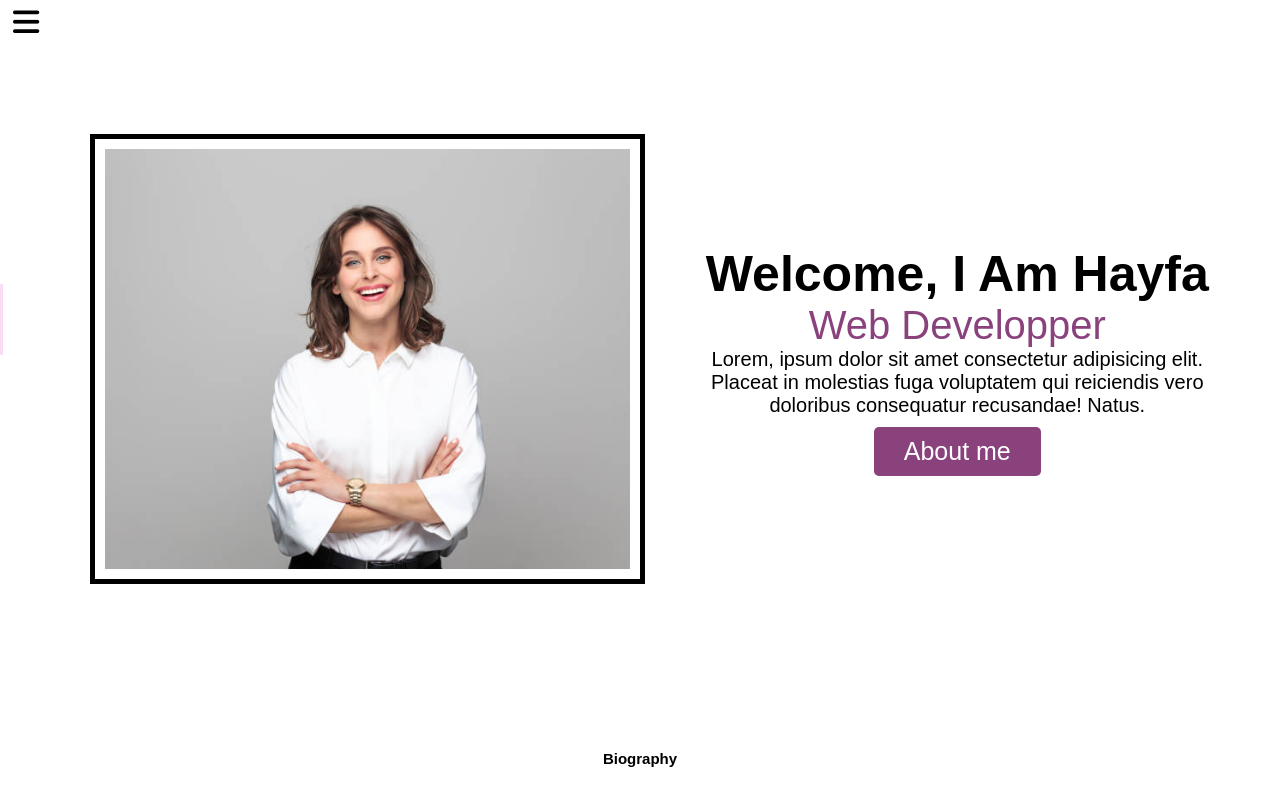
Repository: haifabilel/portfolio_project
Page: http://localhost/
An editor plug-in stored every save of this project. The page is shown before and after a run of saves, followed by the edit.
The browser window is 1280 px wide. The pictures show the whole page.
Some web fonts or font styles are not loaded; a fallback is used. The page is run by PHP 8.4 with error messages shown; the project is at /var/www/html/.

Above is the page before, as saved 2023-09-15 20:42:09.

After the next 3 saves:
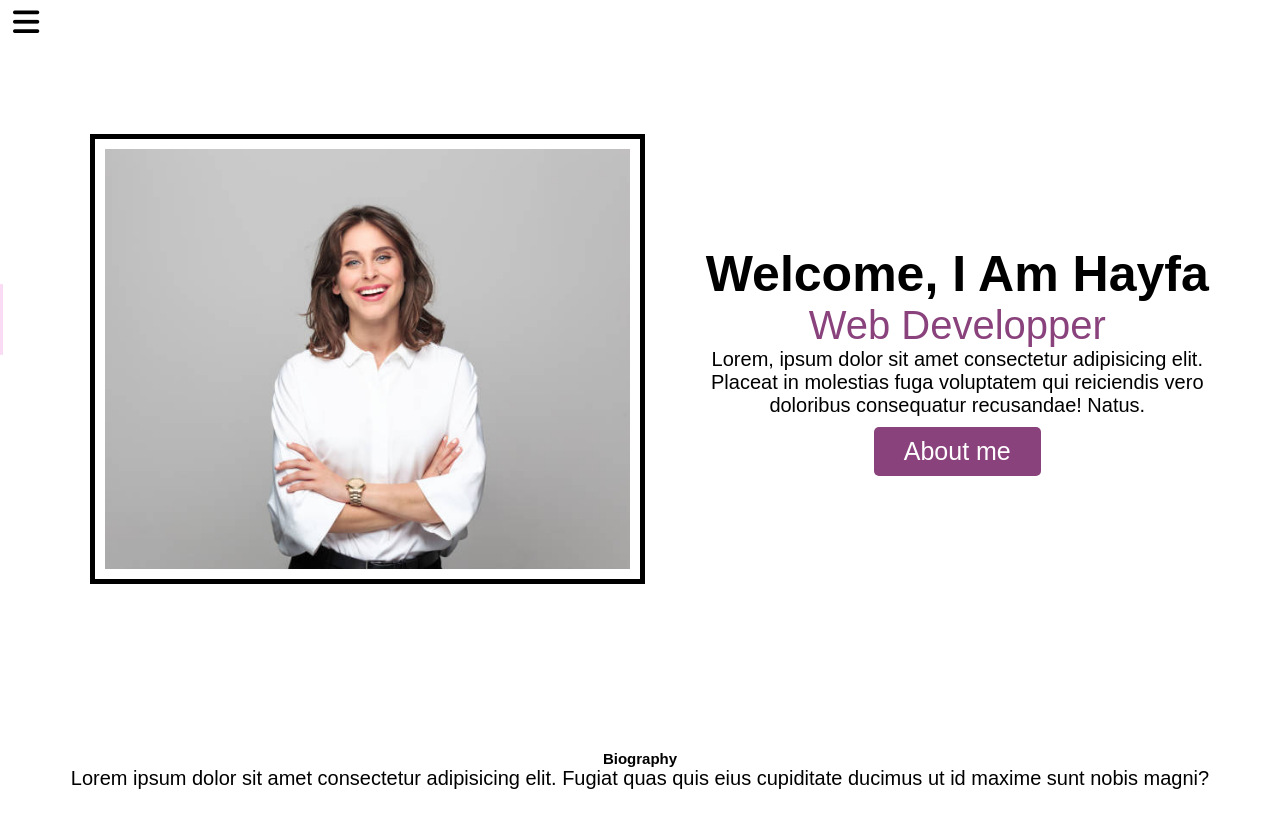
The 3 saves are shown as one change because they came seconds apart.
The last was saved 9 s later.
--- a/index.php
+++ b/index.php
@@ -50,7 +50,8 @@
 <section class="about"  id="about">
     <h2>Biography</h2>
     <div class="biography">
-        <p></p>
+        <p>Lorem ipsum dolor sit amet consectetur adipisicing elit. Fugiat quas quis eius cupiditate ducimus ut id maxime sunt nobis magni?
+        </p>
 
     </div>
 
